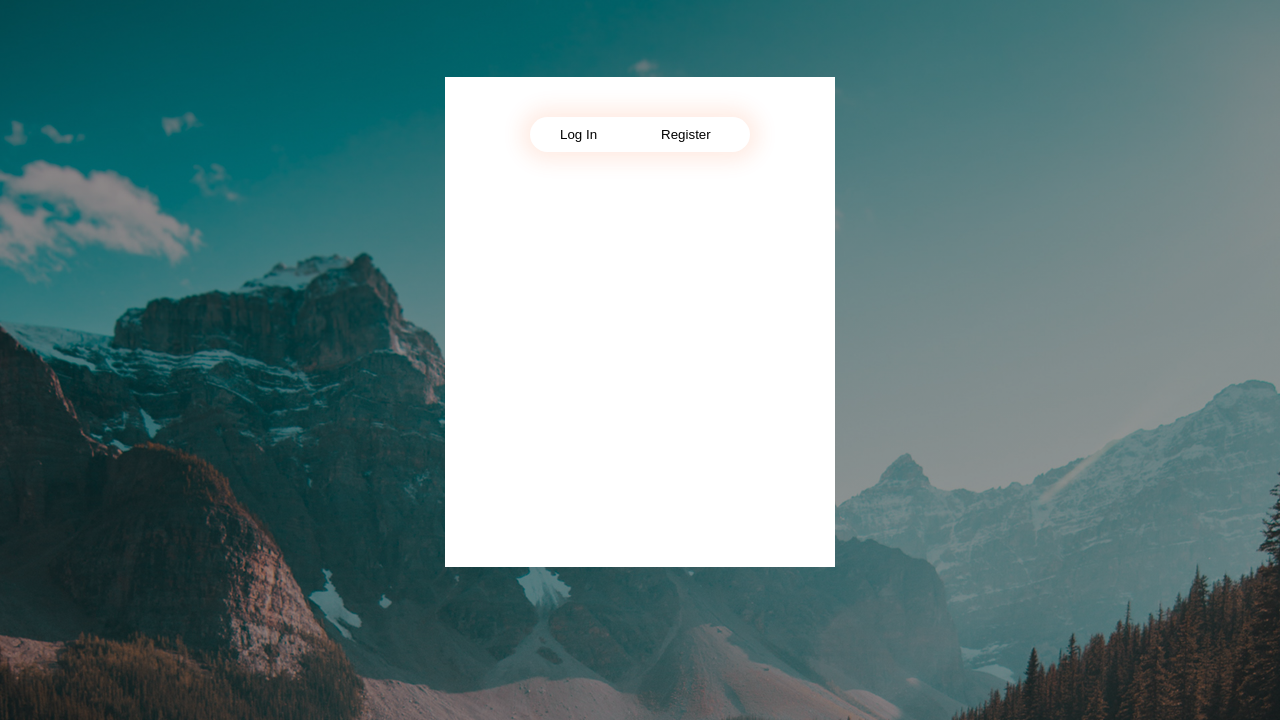
Repository: dung8466/Sign_in_page
Page: index.html
The author's editor kept a copy of each file at every save. The page is drawn from the files as they stood at one save, then again after the next save.
The browser window is 1280 px wide. The pictures show the whole page.

Above is the page before, as saved 2021-10-06 22:24:59.

After the next save:
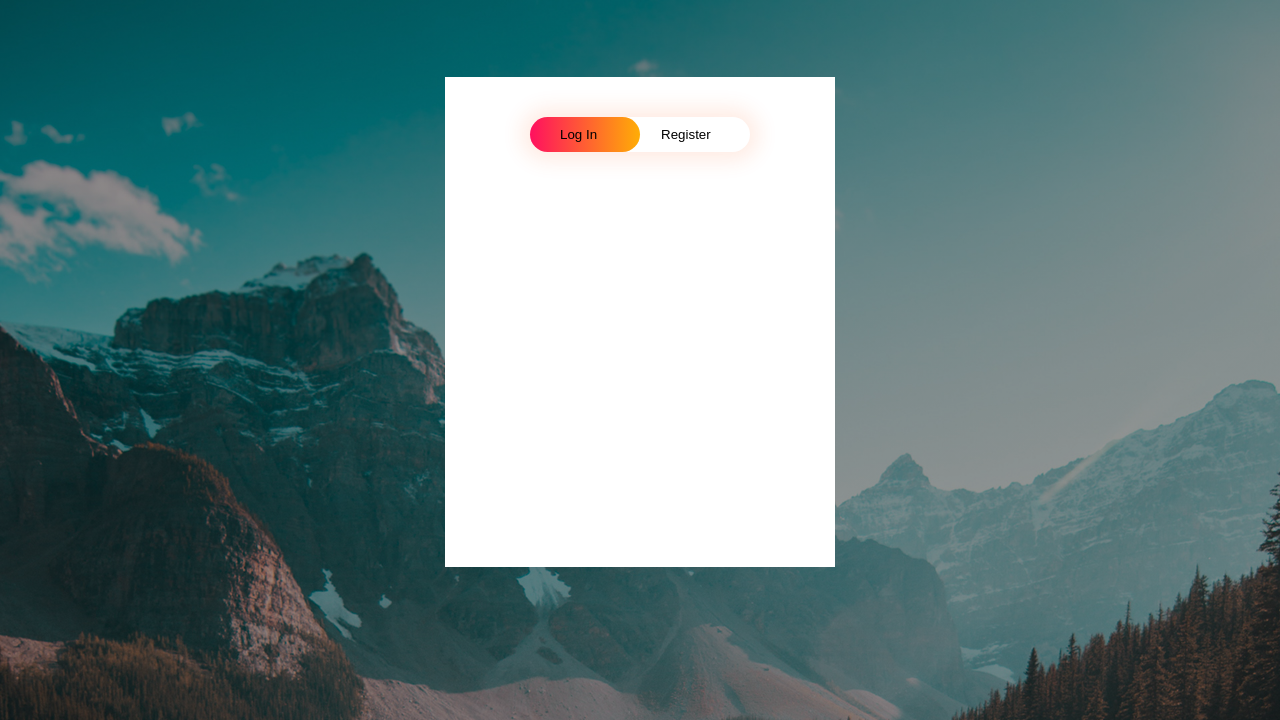
Saved 31 s later.
--- a/index.html
+++ b/index.html
@@ -12,6 +12,7 @@
     <div class="main-pg">
         <div class="sign-in-form">
             <div class="button-box">
+                <div id="btn"></div>
                 <button type="button" class="toggle-btn">Log In</button>
                 <button type="button" class="toggle-btn">Register</button>
             </div>
